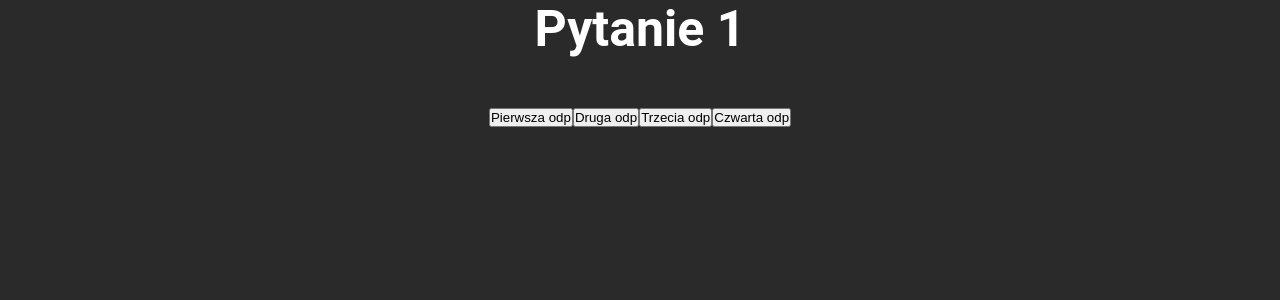
Repository: BaczkiewiczDawid/weatherApp
Page: index.html
These files come from the project's save history. The page is drawn as it stood at one moment and after the next save; the edit follows.
The browser window is 1280 px wide. The pictures show the whole page.

Above is the page before, as saved 2020-02-22 18:30:17.

### index.html
<!DOCTYPE html>
<head>
    <link rel="stylesheet" href="style.css">
    <link href="https://fonts.googleapis.com/css?family=Montserrat:300,400,500,700,900&display=swap" rel="stylesheet">
    <meta name="viewport" content="width=device-width, initial-scale=1.0">
    <meta charset="UTF-8">
</head>
<body>
    <h1>Pytanie 1</h1>
    <div class="ask">
        <button class="buttonFirst" type="button">Pierwsza odp</button>
        <button class="buttonTwo" type="button">Druga odp</button>
        <button class="buttonThree" type="button">Trzecia odp</button>
        <button class="buttonFour" type="button">Czwarta odp</button>
    </div>
    <script src="app.js"></script>
</body>

### style.css
* {
    margin: 0;
    padding: 0;
    box-sizing: border-box;
}
body, html {
    background: #2a2a2a;
    font-family: 'Roboto', sans-serif;
}
h1 {
    color: white;
    font-size: 50px;
    display: flex;
    text-align: center;
    justify-content: center;
}
.ask {
    display: flex;
    flex-direction: row;
    justify-content: center;
    margin-top: 50px;
}

Loaded but not shown: app.js (no copy from this time; the picture is the same without it)

After the next save:
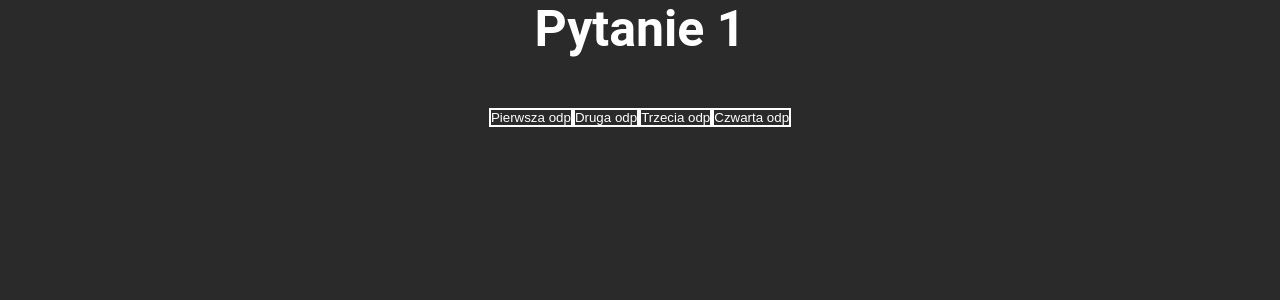
Saved 26 s later.
--- a/style.css
+++ b/style.css
@@ -20,3 +20,8 @@ h1 {
     justify-content: center;
     margin-top: 50px;
 }
+button {
+    background: transparent;
+    color: white;
+    border: 2px solid white;
+}
